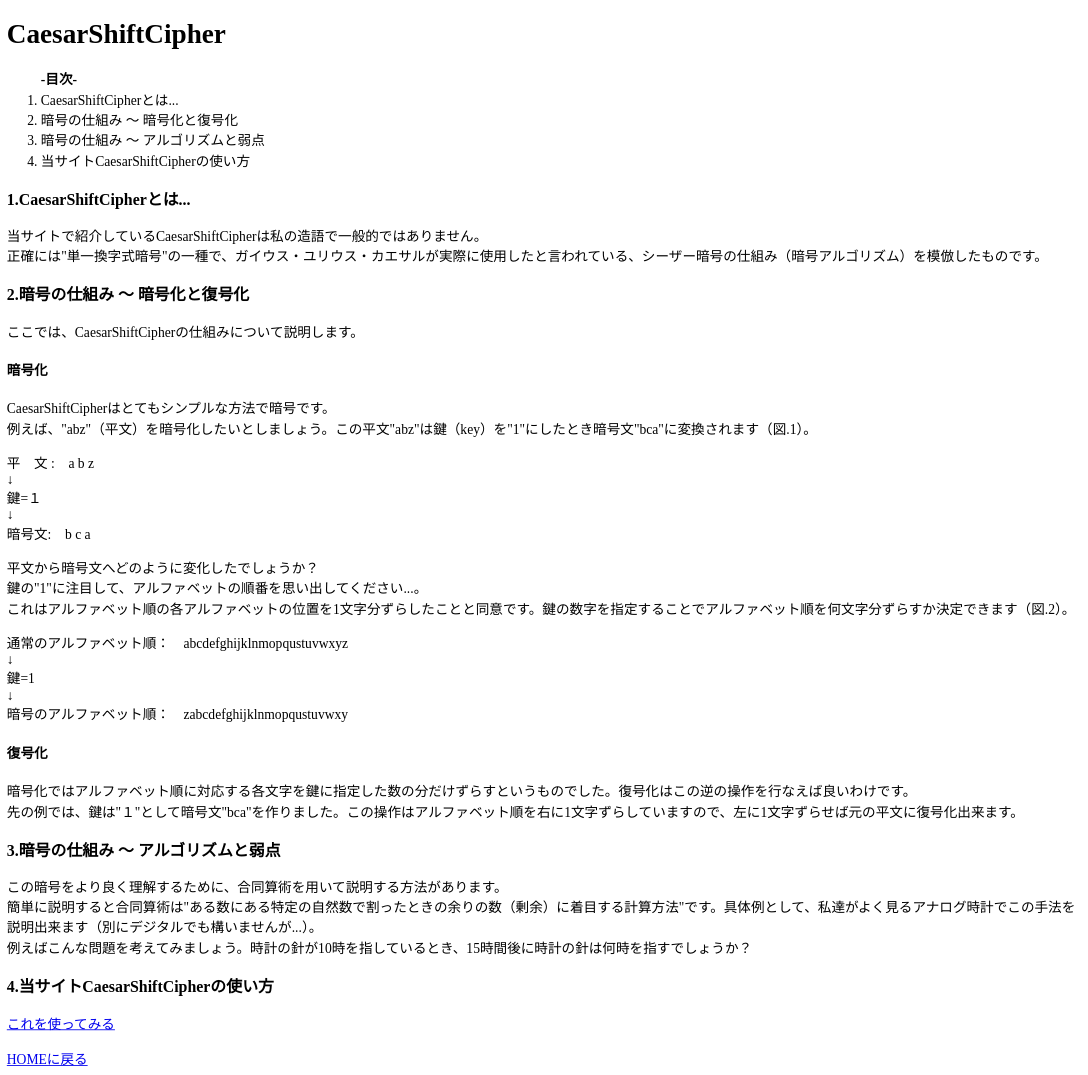
Repository: RantaWatari/TEST
Page: http://localhost/CipherProject/CipherMore?page=1
These files come from the project's save history. The page is drawn as it stood at one moment and after the next save; the edit follows.
The browser window is 1280 px wide. The pictures show the whole page, at 85% of full size.
The page is served by Tomcat 9.

Above is the page before, as saved 2017-07-25 06:48:50.

### CipherProject/WebContent/WEB-INF/jsp/CaesarShiftCipher.jsp
<%@ page language="java" contentType="text/html; charset=UTF-8"
    pageEncoding="UTF-8"%>
<!DOCTYPE html PUBLIC "-//W3C//DTD HTML 4.01 Transitional//EN" "http://www.w3.org/TR/html4/loose.dtd">
<html>
<head>
<meta http-equiv="Content-Type" content="text/html; charset=UTF-8">
<title>CaesarShiftCipher-Page</title>
</head>
<body>

<h1>CaesarShiftCipher</h1>
	<ol>
	<strong>-目次-</strong>
	<li>CaesarShiftCipherとは...</li>
	<li>暗号の仕組み ～ 暗号化と復号化</li>
	<li>暗号の仕組み ～ アルゴリズムと弱点</li>
	<li>当サイトCaesarShiftCipherの使い方</li>
	</ol>
<h3>1.CaesarShiftCipherとは...</h3>
	<p>当サイトで紹介しているCaesarShiftCipherは私の造語で一般的ではありません。<br>
		正確には"単一換字式暗号"の一種で、ガイウス・ユリウス・カエサルが実際に使用したと言われている、シーザー暗号の仕組み（暗号アルゴリズム）を模倣したものです。</p>
<h3>2.暗号の仕組み ～ 暗号化と復号化</h3>
	<p>ここでは、CaesarShiftCipherの仕組みについて説明します。</p>
	<h4>暗号化</h4>
		<p>CaesarShiftCipherはとてもシンプルな方法で暗号です。<br>
			例えば、"abz"（平文）を暗号化したいとしましょう。この平文"abz"は鍵（key）を"1"にしたとき暗号文"bca"に変換されます（図.1）。</p>
		<p>平　文 :　a b z<br>↓<br>鍵=１<br>↓<br>暗号文:　b c a</p>
		<p>平文から暗号文へどのように変化したでしょうか？<br>
			鍵の"1"に注目して、アルファベットの順番を思い出してください...。<br>
			これはアルファベット順の各アルファベットの位置を1文字分ずらしたことと同意です。鍵の数字を指定することでアルファベット順を何文字分ずらすか決定できます（図.2）。</p>
		<p>通常のアルファベット順：　abcdefghijklnmopqustuvwxyz<br>↓<br>鍵=1<br>↓<br>暗号のアルファベット順：　zabcdefghijklnmopqustuvwxy</p>
	<h4>復号化</h4>
		<p>暗号化ではアルファベット順に対応する各文字を鍵に指定した数の分だけずらすというものでした。復号化はこの逆の操作を行なえば良いわけです。<br>
			先の例では、鍵は"１"として暗号文"bca"を作りました。この操作はアルファベット順を右に1文字ずらしていますので、左に1文字ずらせば元の平文に復号化出来ます。</p>
<h3>3.暗号の仕組み ～ アルゴリズムと弱点</h3>
	<p>この暗号をより良く理解するために、合同算術を用いて説明する方法があります。<br>
		簡単に説明すると合同算術は"ある数にある特定の自然数で割ったときの余りの数（剰余）に着目する計算方法"です。具体例として、私達がよく見るアナログ時計でこの手法を説明出来ます（別にデジタルでも構いませんが...）。<br>例えばこんな問題を考えてみましょう。時計の針が10時を指しているとき、15時間後に時計の針は何時を指すでしょうか？</p>

<h3>4.当サイトCaesarShiftCipherの使い方</h3>
	<p></p>
<a href="http://localhost/CaesarShiftCipher/CaesarShiftCipher">これを使ってみる</a><br><br>
<a href="/CipherProject/">HOMEに戻る</a>

</body>
</html>

### CipherProject/src/servlet/Cipher.java
package servlet;

import java.io.IOException;

import javax.servlet.RequestDispatcher;
import javax.servlet.ServletException;
import javax.servlet.annotation.WebServlet;
import javax.servlet.http.HttpServlet;
import javax.servlet.http.HttpServletRequest;
import javax.servlet.http.HttpServletResponse;

@WebServlet("/CipherMore")
public class Cipher extends HttpServlet {
	private static final long serialVersionUID = 1L;

	protected void doGet(HttpServletRequest request, HttpServletResponse response) throws ServletException, IOException {

		String page =  request.getParameter("page");
		int pageNum = Integer.parseInt(page);

		if(pageNum == 0){

		}else if(pageNum == 1){
			RequestDispatcher dispatcher = request.getRequestDispatcher("/WEB-INF/jsp/CaesarShiftCipher.jsp");
			dispatcher.forward(request, response);
		}else if(pageNum == 2){
			RequestDispatcher dispatcher = request.getRequestDispatcher("/WEB-INF/jsp/VigenereCipher.jsp");
			dispatcher.forward(request, response);
		}else if(pageNum == 3){
			RequestDispatcher dispatcher = request.getRequestDispatcher("/WEB-INF/jsp/Enigma.jsp");
			dispatcher.forward(request, response);
		}else if(pageNum == 777){
			RequestDispatcher dispatcher = request.getRequestDispatcher("/WEB-INF/jsp/Unicode.jsp");
			dispatcher.forward(request, response);
		}

	}

}

After the next save:
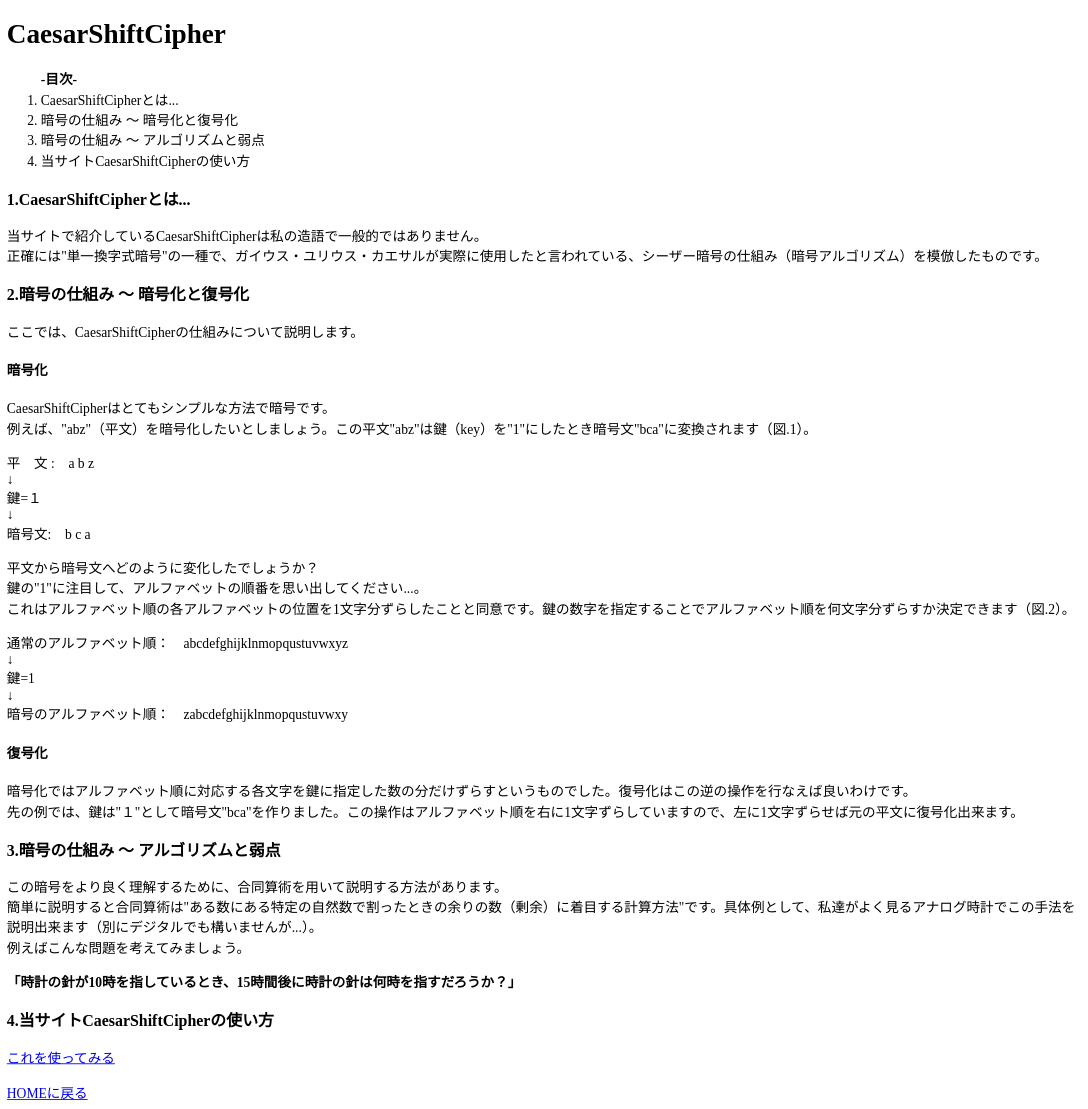
Saved 2 min 41 s later.
--- a/CipherProject/WebContent/WEB-INF/jsp/CaesarShiftCipher.jsp
+++ b/CipherProject/WebContent/WEB-INF/jsp/CaesarShiftCipher.jsp
@@ -34,7 +34,10 @@
 			先の例では、鍵は"１"として暗号文"bca"を作りました。この操作はアルファベット順を右に1文字ずらしていますので、左に1文字ずらせば元の平文に復号化出来ます。</p>
 <h3>3.暗号の仕組み ～ アルゴリズムと弱点</h3>
 	<p>この暗号をより良く理解するために、合同算術を用いて説明する方法があります。<br>
-		簡単に説明すると合同算術は"ある数にある特定の自然数で割ったときの余りの数（剰余）に着目する計算方法"です。具体例として、私達がよく見るアナログ時計でこの手法を説明出来ます（別にデジタルでも構いませんが...）。<br>例えばこんな問題を考えてみましょう。時計の針が10時を指しているとき、15時間後に時計の針は何時を指すでしょうか？</p>
+		簡単に説明すると合同算術は"ある数にある特定の自然数で割ったときの余りの数（剰余）に着目する計算方法"です。具体例として、私達がよく見るアナログ時計でこの手法を説明出来ます（別にデジタルでも構いませんが...）。<br>
+		例えばこんな問題を考えてみましょう。</p>
+		<strong>「時計の針が10時を指しているとき、15時間後に時計の針は何時を指すだろうか？」</strong>
+	<p></p>
 
 <h3>4.当サイトCaesarShiftCipherの使い方</h3>
 	<p></p>
